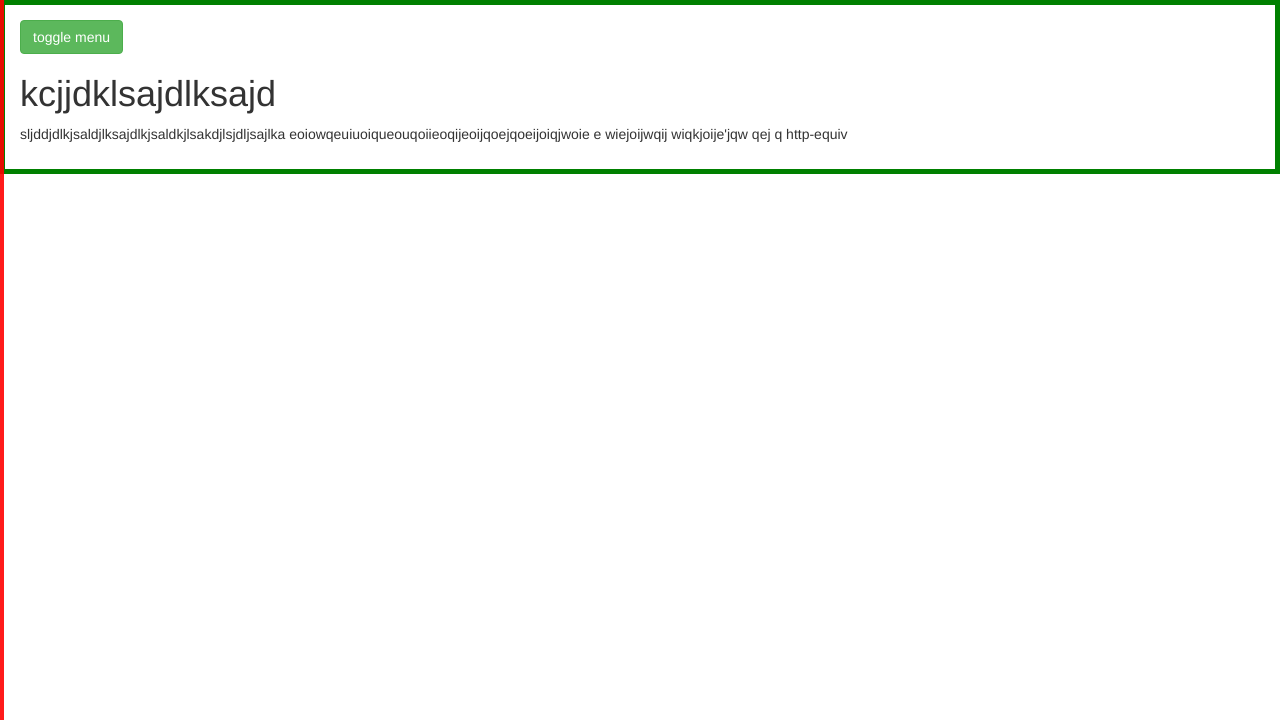
Repository: Juliolikescoding/WEB1010_bootstrap
Page: sidebartemp.html
The author's editor kept a copy of each file at every save. The page is drawn from the files as they stood at one save, then again after the next save.
The browser window is 1280 px wide. The pictures show the whole page.
Some web libraries are served in a nearby version.

Above is the page before, as saved 2018-05-14 19:15:51.

After the next save:
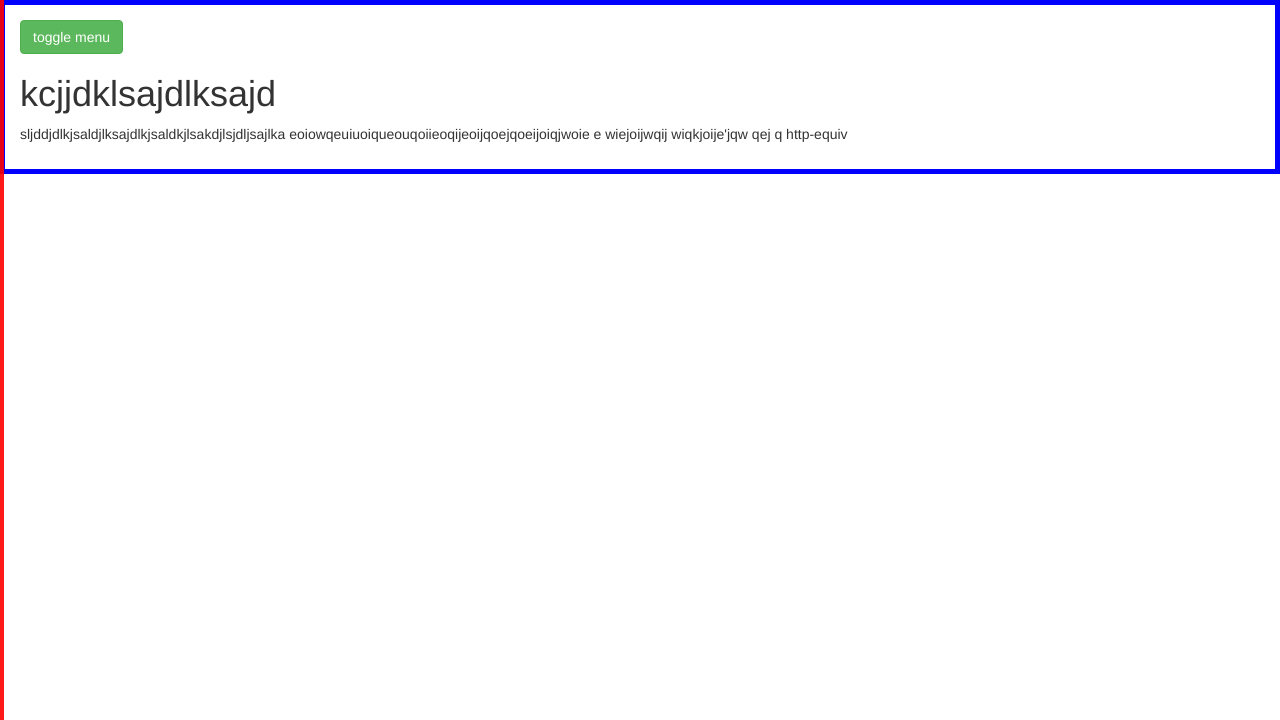
Saved 4 min 57 s later.
--- a/sidebar.css
+++ b/sidebar.css
@@ -1,5 +1,4 @@
-/* sidebar */
-#sidebar-wrapper{
+#sidebar-wrapper {
     z-index: 1;
     position: absolute;
     width: 0;
@@ -8,42 +7,45 @@
     background: #2C3E50;
     border: 2px solid red;
     opacity: 0.9;
-}
+ }
 
-/* main content */
-#page-content-wrapper{
+ /* Always take up entire screen */
+ #page-content-wrapper {
     width: 100%;
     position: absolute;
     padding: 15px;
-    border: 5px solid green;
-}
+    border: 5px solid blue;
+ }
 
 
-/* change the side to display */
-#wrapper.menuDisplayed #sidebar-wrapper{
-width: 250px;
+ /* Change with of sidebar from 0 to 250px */
+ #wrapper.menuDisplayed #sidebar-wrapper {
+    width: 250px;
+ }
 
-}
+ /* Since we added left padding, we need to shrink the width by 250px */
+ #wrapper.menuDisplayed #page-content-wrapper {
+    padding-left: 250px;
+ }
 
-#wrapper.menuDisplayed #page-content-wrapper{
-    padding-left: 250px;
-}
-/* sidebar styling */
-.sidebar-nav{
+
+ /* Sidebar styling - the entire ul list */
+ .sidebar-nav {
     padding: 0;
-    list-style-type: none;
-}
+    list-style: none;
+ }
 
-.sidebar-nav li{
+ .sidebar-nav li {
     text-indent: 20px;
     line-height: 40px;
-}
-.sidebar-nav li a{
+ }
+
+ .sidebar-nav li a {
     display: block;
     text-decoration: none;
     color: #ddd;
-}
+ }
 
-.sidebar-nav li a:hover{
+ .sidebar-nav li a:hover {
     background: #16A085;
-}
+ }
